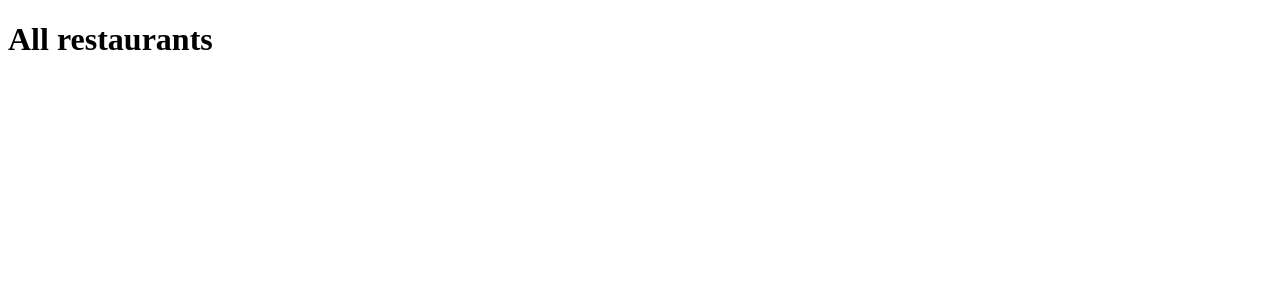
Repository: Dj3y/laravel
Page: http://localhost/restaurants
The author's editor kept a copy of each file at every save. The page is drawn from the files as they stood at one save, then again after a run of saves.
The browser window is 1280 px wide. The pictures show the whole page.
The page is served by the project's Laravel application, run on PHP 8.4 with Laravel 12. Queries for data that is not in the repository find no rows.

Above is the page before, as saved 2024-09-23 10:40:44.

After the next 6 saves:
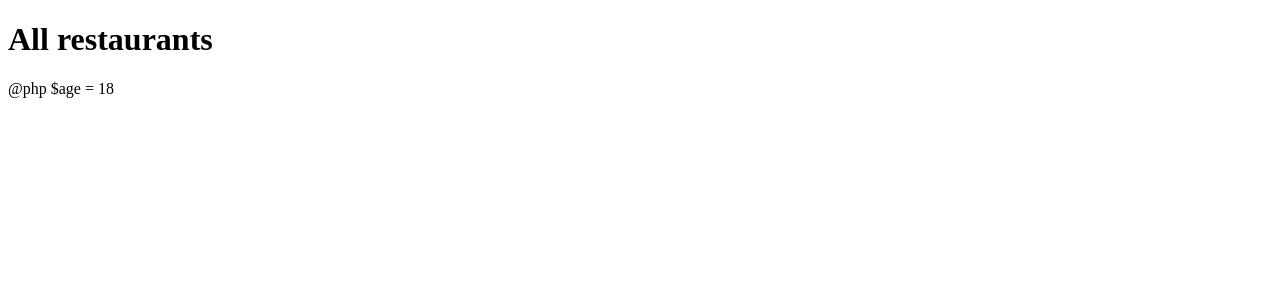
The 6 saves are shown as one change because they came seconds apart.
The last was saved 5 h 3 min later.
--- a/resources/views/restaurants/index.blade.php
+++ b/resources/views/restaurants/index.blade.php
@@ -7,5 +7,6 @@
 </head>
 <body>
     <h1>All restaurants</h1>
+    @php $age = 18
 </body>
 </html>

After the 5 saves that followed:
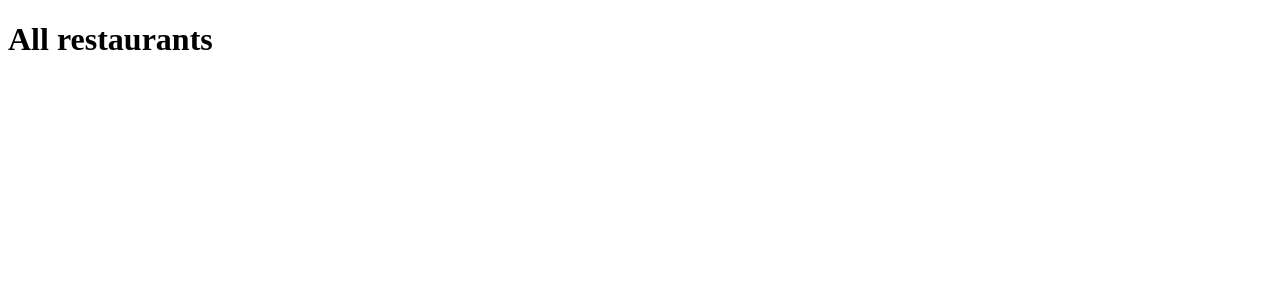
The 5 saves are shown as one change because they came seconds apart.
The last was saved 13 s later.
--- a/resources/views/restaurants/index.blade.php
+++ b/resources/views/restaurants/index.blade.php
@@ -7,6 +7,6 @@
 </head>
 <body>
     <h1>All restaurants</h1>
-    @php $age = 18
+    @php $age = 18 @endphp
 </body>
 </html>
